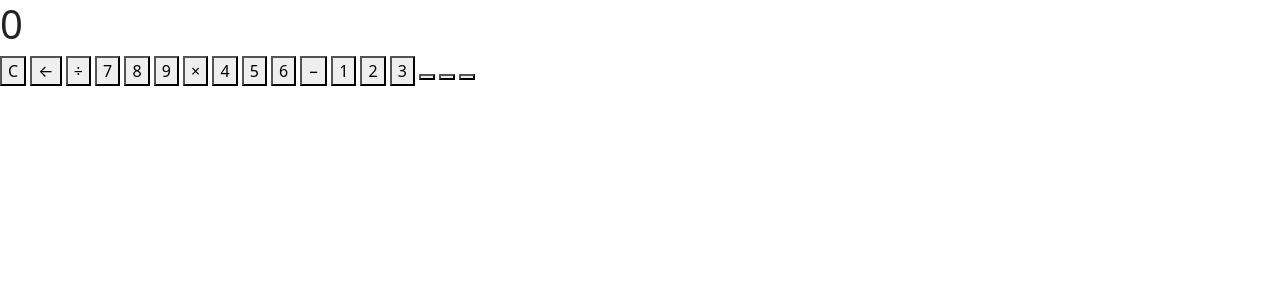
Repository: jgramirez0210/LAB-calculator
Page: index.html
An editor plug-in stored every save of this project. The page is shown before and after a run of saves, followed by the edit.
The browser window is 1280 px wide. The pictures show the whole page.

Above is the page before, as saved 2023-10-10 20:05:20.

After the next 2 saves:
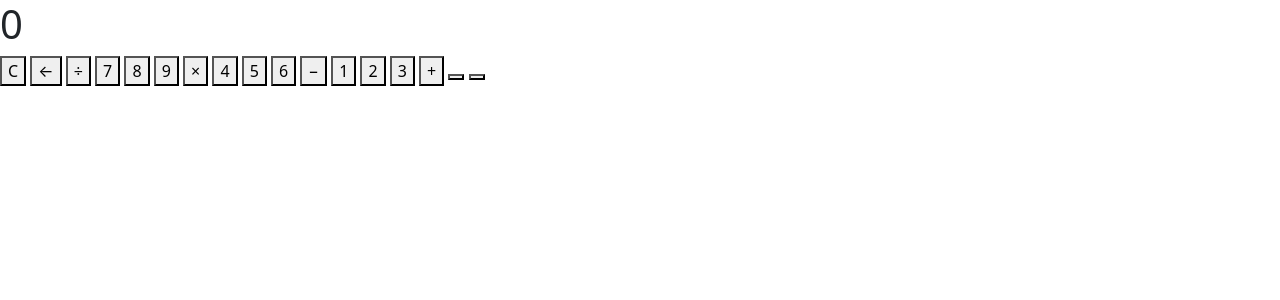
The 2 saves are shown as one change because they came seconds apart.
The last was saved 10 s later.
--- a/index.html
+++ b/index.html
@@ -24,7 +24,7 @@
   <button id="1">1</button>
   <button id="2">2</button>
   <button id="3">3</button>
-  <button id="addition"></button>
+  <button id="add">+</button>
   <button id=""></button>
   <button id=""></button>
   <script src="https://cdn.jsdelivr.net/npm/bootstrap@5.3.2/dist/js/bootstrap.bundle.min.js" integrity="sha384-C6RzsynM9kWDrMNeT87bh95OGNyZPhcTNXj1NW7RuBCsyN/o0jlpcV8Qyq46cDfL" crossorigin="anonymous"></script>
